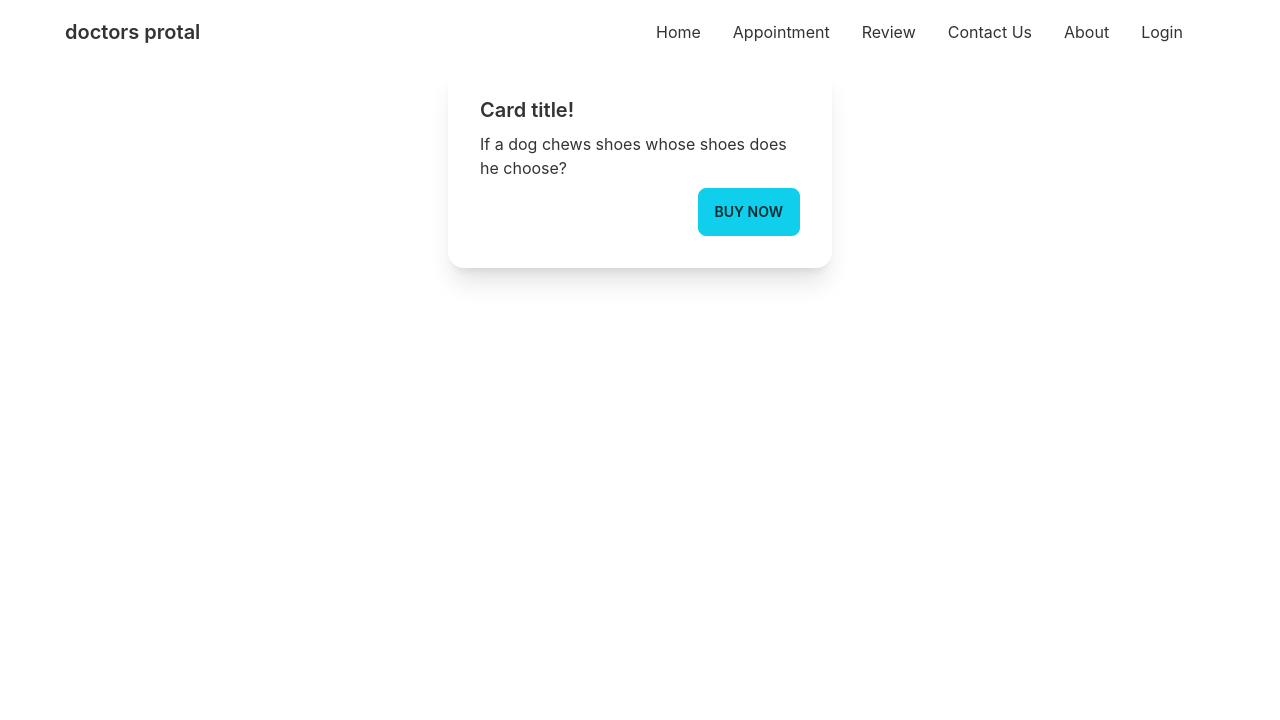
Repository: mdrubel02/doctor-protal
Page: /login
These files come from the project's save history. The page is drawn as it stood at one moment and after the next save; the edit follows.
The browser window is 1280 px wide. The pictures show the whole page.
The project was rebuilt for these pictures with package versions that can differ from the ones it lists, and the page was loaded fresh each time. Also part of the build but not shown: src/App.css, src/Pages/About/About.js, src/Pages/Shared/Footer/Footer.js, src/Pages/Appointment/AppointmentBanner.js, src/Pages/Appointment/BookingModal.js, src/Pages/Appointment/Service.js, src/Pages/Appointment/AvailableAppointment.js, src/Pages/Appointment/Appointment.js and 2 more. Imported but missing from the stored project, and not drawn on this page: src/Pages/Contact/Contact.

Above is the page before, as saved 2022-05-14 16:07:10.

After the next save:
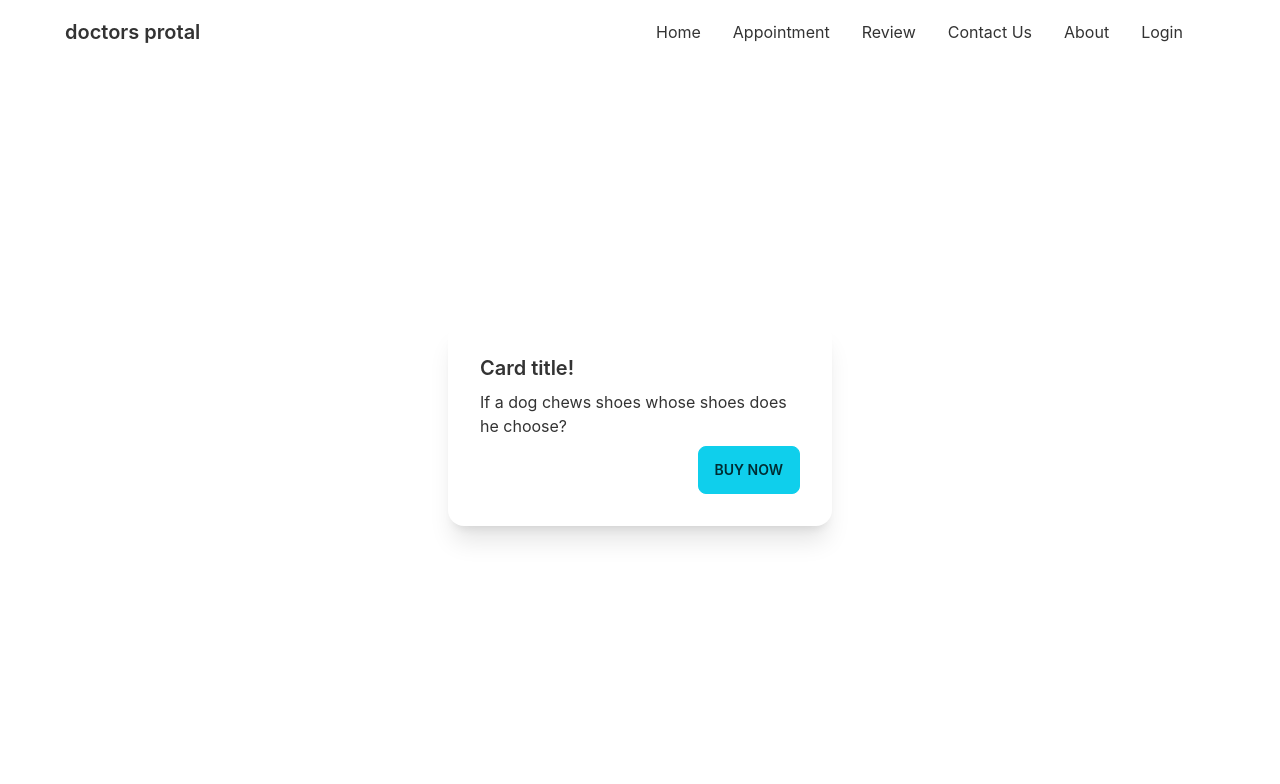
Saved 112 s later.
--- a/src/Pages/Login/Login.js
+++ b/src/Pages/Login/Login.js
@@ -2,7 +2,7 @@ import React from 'react';
 
 const Login = () => {
     return (
-        <div className='flex justify-center items-center'>
+        <div className='flex justify-center items-center min-h-screen'>
             <div className="card w-96 bg-base-100 shadow-xl">
                 <div className="card-body">
                     <h2 className="card-title">Card title!</h2>
